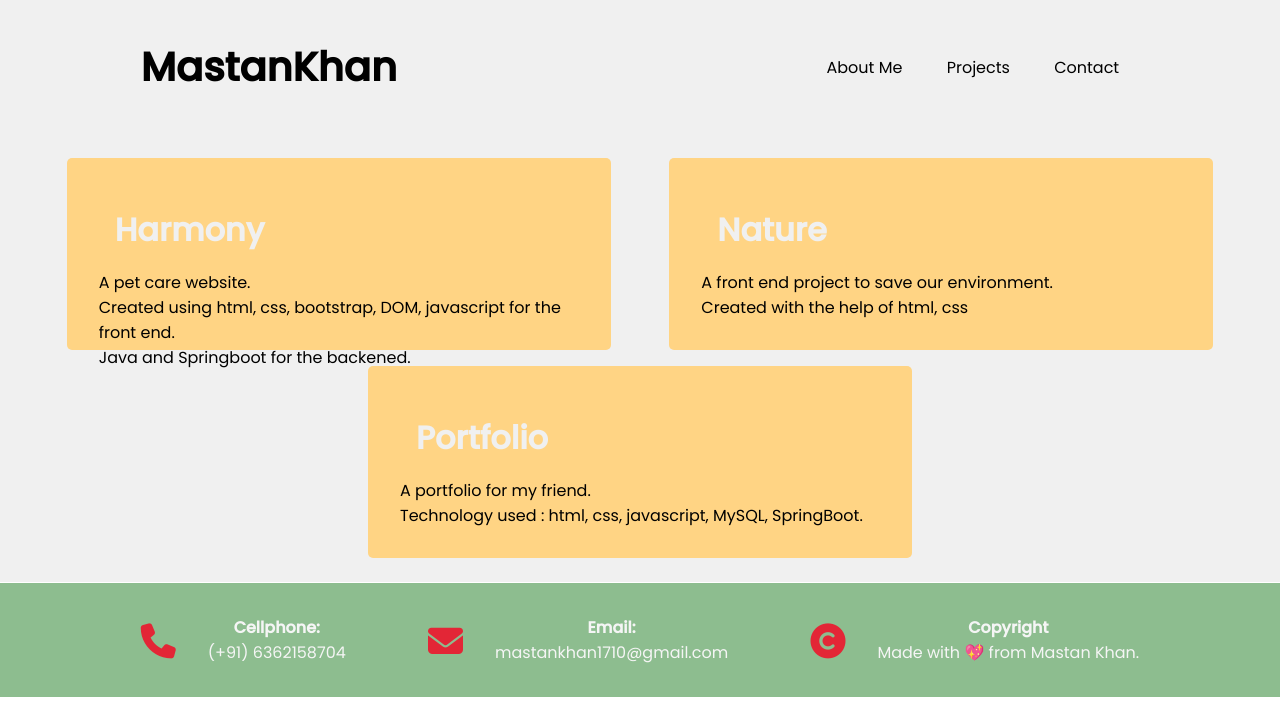
Repository: MastanKhan1/my_resume
Page: http://localhost/projects
The author's editor kept a copy of each file at every save. The page is drawn from the files as they stood at one save, then again after the next save.
The browser window is 1280 px wide. The pictures show the whole page.
Some web fonts or font styles are not loaded; a fallback is used. The page is this project's Thymeleaf template; nobody is signed in. The template is opened directly, without the code that normally fills it, so the values that code supplies are empty.

Above is the page before, as saved 2023-10-06 07:04:32.

### portfolio/src/main/resources/templates/projects.html
<!DOCTYPE html>
<html lang="en">
<head>
    <meta charset="UTF-8">
    <meta name="viewport" content="width=device-width, initial-scale=1.0">
    <title>Projects</title>

    <link rel="stylesheet" href="styles.css">
    <link rel="preconnect" href="https://fonts.googleapis.com">
<link rel="preconnect" href="https://fonts.gstatic.com" crossorigin>
<!-- <link href="https://cdn.jsdelivr.net/npm/bootstrap@5.3.2/dist/css/bootstrap.min.css" rel="stylesheet" integrity="sha384-T3c6CoIi6uLrA9TneNEoa7RxnatzjcDSCmG1MXxSR1GAsXEV/Dwwykc2MPK8M2HN" crossorigin="anonymous"> -->
<link href="https://fonts.googleapis.com/css2?family=Merriweather&family=Montserrat+Alternates:wght@500&family=Montserrat+Subrayada:wght@400;700&family=Montserrat:ital,wght@0,400;0,700;1,700&family=Niconne&family=PT+Mono&family=Poppins:wght@400;500&family=Roboto&family=Sacramento&family=Tinos&display=swap" rel="stylesheet">
<link rel="stylesheet" href="https://cdnjs.cloudflare.com/ajax/libs/font-awesome/6.4.2/css/all.min.css" integrity="sha512-z3gLpd7yknf1YoNbCzqRKc4qyor8gaKU1qmn+CShxbuBusANI9QpRohGBreCFkKxLhei6S9CQXFEbbKuqLg0DA==" crossorigin="anonymous" referrerpolicy="no-referrer" />

</head>
<body>

    <section id="section1">
        <div id="toggle">
            <!-- <nav> -->
                <div>
                    <h1>MastanKhan</h1>

                </div>
                <div>
                    <ul>
                        <li><a href="">About Me</a></li>
                        <li><a href="">Projects</a></li>
                        <li><a href="">Contact</a></li>
                    </ul>
                </div>
            <!-- </nav> -->
        </div>

        <div class="projects">
            <div class="project-items" id="harmony">
                <h2>Harmony</h2>
                <p>A pet care website.</p>
                <p>Created using html, css, bootstrap, DOM, javascript for the front end.</p>
                <p>Java and Springboot for the backened.</p>

            </div>
            <div class="project-items" id="any_time_food">
                <h2>Nature</h2>
                <p>A front end project to save our environment.</p>
                <p>Created with the help of html, css</p>

            </div>

            <div class="project-items" id="portfolio">
                <h2>Portfolio</h2>
                <p>A portfolio for my friend.</p>
                <p>Technology used : html, css, javascript, MySQL, SpringBoot.</p>
            </div>

        </div>


        <div id="footer">
            <div class="footer-items">
                <div class="footer-items">

                    <i class="fa-solid fa-phone"></i>

                </div>
                <div>
                    <h4>Cellphone:</h4>
                    <p>(+91) 6362158704</p>
                </div>
            </div>
            <div class="footer-items">
                <div >

                    <i class="fa-solid fa-envelope"></i>
                </div>
                <div>
                    <h4>Email:</h4>
                    <p>mastankhan1710@gmail.com</p>
                    <!-- <p>(+91) 9901531794</p> -->
                </div>
            </div>

            <div class="footer-items">
                <div>
                    <i class="fa-solid fa-copyright"></i>
                </div>
                <div>
                    <p>
                        <h4>Copyright</h4>
                        Made with 💖 from Mastan Khan.
                    </p>
                </div>
            </div>
        </div>
        </section>

</body>
</html>

### portfolio/src/main/resources/static/styles.css
@charset "UTF-8";

*{
    margin: 0;
    padding: 0;
    font-family: 'Poppins', sans-serif;
}


#section1{
    background-color: #f0f0f0;
    border-bottom: 3px solid white;
}

#toggle{
    padding: 2.9% 11%;
    display: flex;
    flex-wrap: wrap;
    justify-content: space-between;
    align-items: center;
}


div h1{
    font-size: 2.5rem;
}

#toggle div ul li{
    display: inline;
    margin: 10px 20px;
}

div ul li a{
    text-decoration: none;
    color: black;
}

div li a{
    text-decoration: none;
}

#intro{
    padding: 2% 7% 1% 7%;
    display: flex;
    flex-wrap: wrap;
    justify-content: space-around;

}

#intro div form{
    display: inline;
}

#image{
    width: 60%;
}



.auto-type{
    color: #E32636;
    font-weight: bold;
    font-size: 20px;
}

#intro div form input{
    height: 85px;
    width: 85px;
    border-radius: 100%;
    margin: 2% 2% 0 1%;
    font-size: 1rem;
    border: 1.25px solid black;
}

input:hover{
   opacity: 0.7;
   box-shadow: 3px 2px 2px black;
}

#red{
    background-color: #FFA500;
}

#blue{
    background-color: #8dbd8f;
}

#green{
    background-color: #E32636;
}

#footer{
    padding: 2.5% 11%;
    background-color: #8dbd8f;
    /* background-color: #f0f0f0; */
    display: flex;
    flex-wrap: wrap;
    justify-content: space-between;

}
/*
hr{
    border-bottom: 5px solid white;
    border-style: none none dotted none;
    border-width: 8px;
    width: 5%;
    margin-left: 40%;
} */

.footer-items{
    text-align: center;
    display: flex;
    flex-wrap: wrap;
    justify-content: space-between;
    color: whitesmoke;
}

i{
    font-size: 35px;
    color: #E32636;
    margin-right: 2rem;
    margin-top: 0.5rem;
}

/* .footer-items h4{
    display: inline;
} */


/* ------------------------------------------------------------------------------------------------------- */

.about_me_div{
    padding: 10px 4%;
    display: flex;
    flex-wrap: wrap;
    justify-content: space-evenly;
}

#education_table, #education_table tr,#education_table tr td,#education_table thead th{
    border: 2px solid black;
    border-collapse: collapse;
    text-align: center;
    padding: 2px;
}

#about_me_img{
    width: 48.5%;
    height: 45%;
    margin-left: 20%;
    border-radius: 100%;
    background-color: #E32636;
}

#skills_div{
    padding: 10px 4%;
    display: flex;
    flex-wrap: wrap;
    justify-content: space-around;
}

#skills_div div h2, .about_me_div div h2{
    color: #E32636;
}




/* --------------------------------------------------------------------------------------------------- */

#contact_div{
    display: flex;
    flex-wrap: wrap;
    justify-content: space-between;
    padding: 10px 5%;
}

#contact_div div img{
    /* background-color: #87CEEB;
    border-radius: 100%; */
    width: 87.8%;
}

#contact_div div h1{
    color: #8dbd8f;
    font-size: 3rem;
}

.contact{
    border-radius: 5px;
    height: 25px;
    width: 277px;
    text-align: center;
    margin: 3px;
}

#text_area{
    border-radius: 5px;
    border:2px solid black;
    margin: 3px;
}

#message{
    color: white;
    background-color: #8dbd8f;
    height: 45px;
    width: 150px;
    border-radius: 6px;
    margin-left: 3rem;
    font-size: larger;
    font-weight: bold;
}

#extra_info{
    margin-top: 5rem;
}

#extra_info h2{
    margin-top: 1rem;
    font-size: 2rem;
    font-weight: lighter;
}

#extra_info div{
    margin-top: 4rem;
}

#extra_info div i{
    color: #8dbd8f;
}


/* ------------------------------------------------------------------------------------------------------- */

.projects{
    display: flex;
    flex-wrap: wrap;
    justify-content: space-evenly;
    padding: 1rem;
    border-bottom: 1px solid white;
}

.project-items{
    width: 30rem;
    height: 8rem;
    margin: 0.5rem;
    padding: 2rem;
    border-radius: 5px;
    /* background-image: linear-gradient(to bottom, #FFA500, #ffca68); */
    background-color: #ffd484;
}

.project-items h2{
    font-size: 2rem;
   color: #f0f0f0;
   padding: 1rem;
}

After the next save:
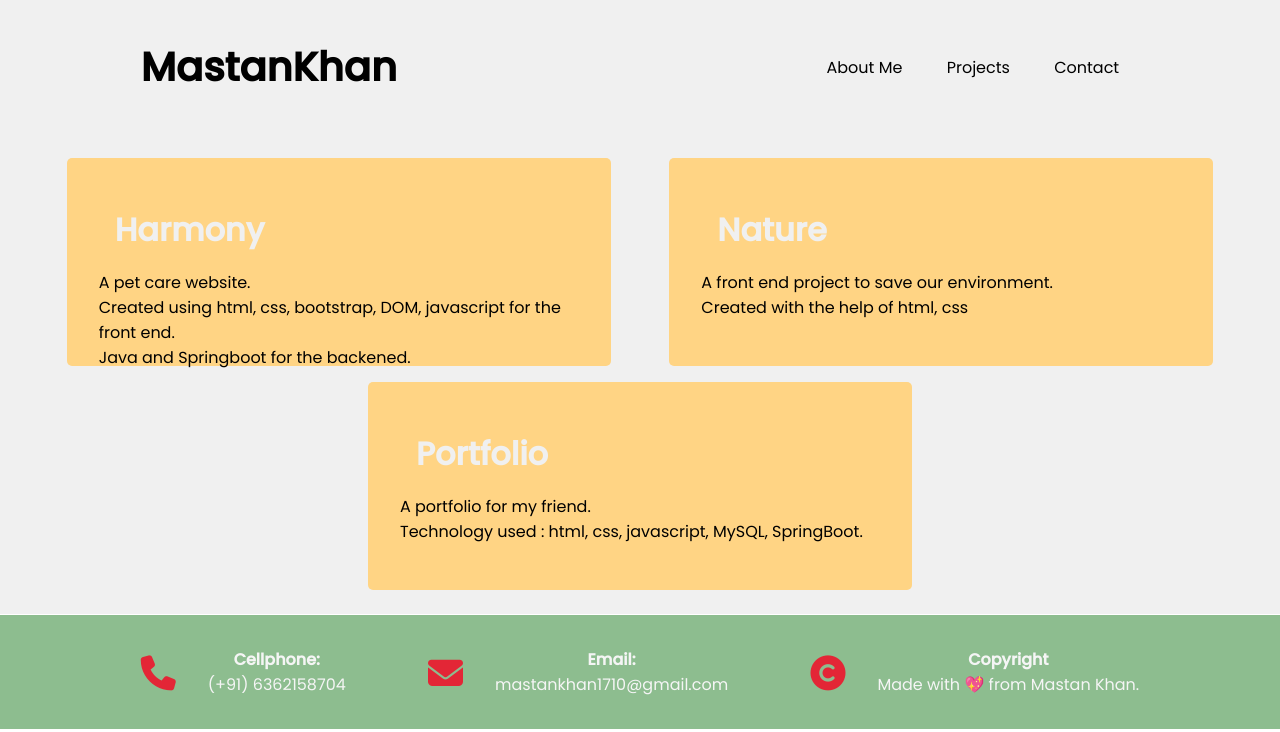
Saved 20 s later.
--- a/portfolio/src/main/resources/static/styles.css
+++ b/portfolio/src/main/resources/static/styles.css
@@ -241,7 +241,7 @@ i{
 
 .project-items{
     width: 30rem;
-    height: 8rem;
+    height: 9rem;
     margin: 0.5rem;
     padding: 2rem;
     border-radius: 5px;
